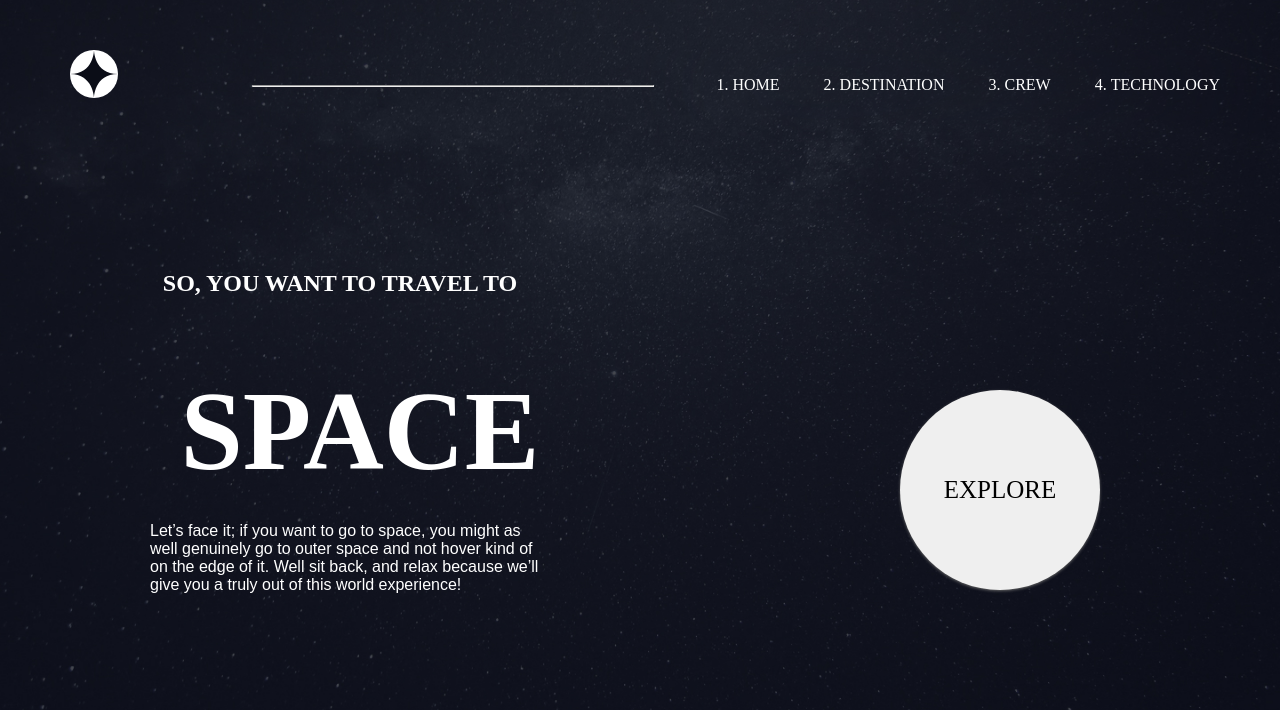
Repository: batonAnton/space_tourism
Page: destination.html
An editor plug-in stored every save of this project. The page is shown before and after the next save, followed by the edit.
The browser window is 1280 px wide. The pictures show the whole page.
Some web fonts or font styles are not loaded; a fallback is used.

Above is the page before, as saved 2022-05-19 14:36:58.

After the next save:
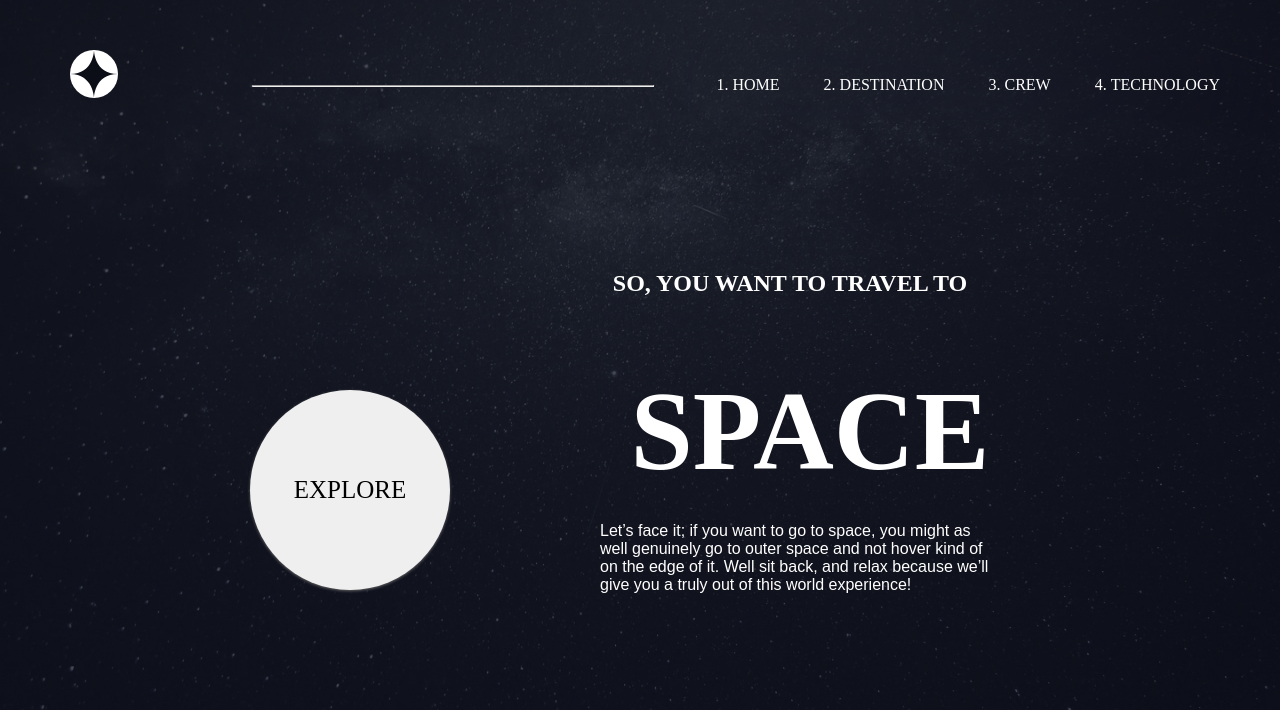
Saved 51 s later.
--- a/destination.html
+++ b/destination.html
@@ -18,7 +18,7 @@
 </head>
 <body>
 
-    <div class="bg">
+    <div id="destination" class="bg">
         <div class="top-container">
             <div class="logo_img">
                 <img src="/images/Icon.svg" alt="logo">
@@ -31,10 +31,10 @@
                 <hr>
                     <ol>
 
-                        <li><a href="default.asp">home</a></li>
-                        <li><a href="news.asp">destination</a></li>
-                        <li><a href="contact.asp">crew</a></li>
-                        <li><a href="about.asp">technology</a></li>
+                        <li><a href="#home">home</a></li>
+                        <li><a href="">destination</a></li>
+                        <li><a href="">crew</a></li>
+                        <li><a href="">technology</a></li>
 
                     </ol>
 
@@ -43,15 +43,19 @@
 
         <div class="middle_container">
 
-            <div class="get-info">
-                <h2>so, you want to travel to</h2>
-                <h1>space</h1>
-                <p>Let’s face it; if you want to go to space, you might as well genuinely go to outer space and not hover kind of on the edge of it. Well sit back, and relax because we’ll give you a truly out of this world experience!</p>
-            </div>
-
             <div class="btn_block">
                 <button class="btn">explore</button>
             </div>
+
+
+
+                <div class="get-info">
+                    <h2>so, you want to travel to</h2>
+                    <h1>space</h1>
+                    <p>Let’s face it; if you want to go to space, you might as well genuinely go to outer space and not hover kind of on the edge of it. Well sit back, and relax because we’ll give you a truly out of this world experience!</p>
+                </div>
+
+
         </div>
 
     </div>
